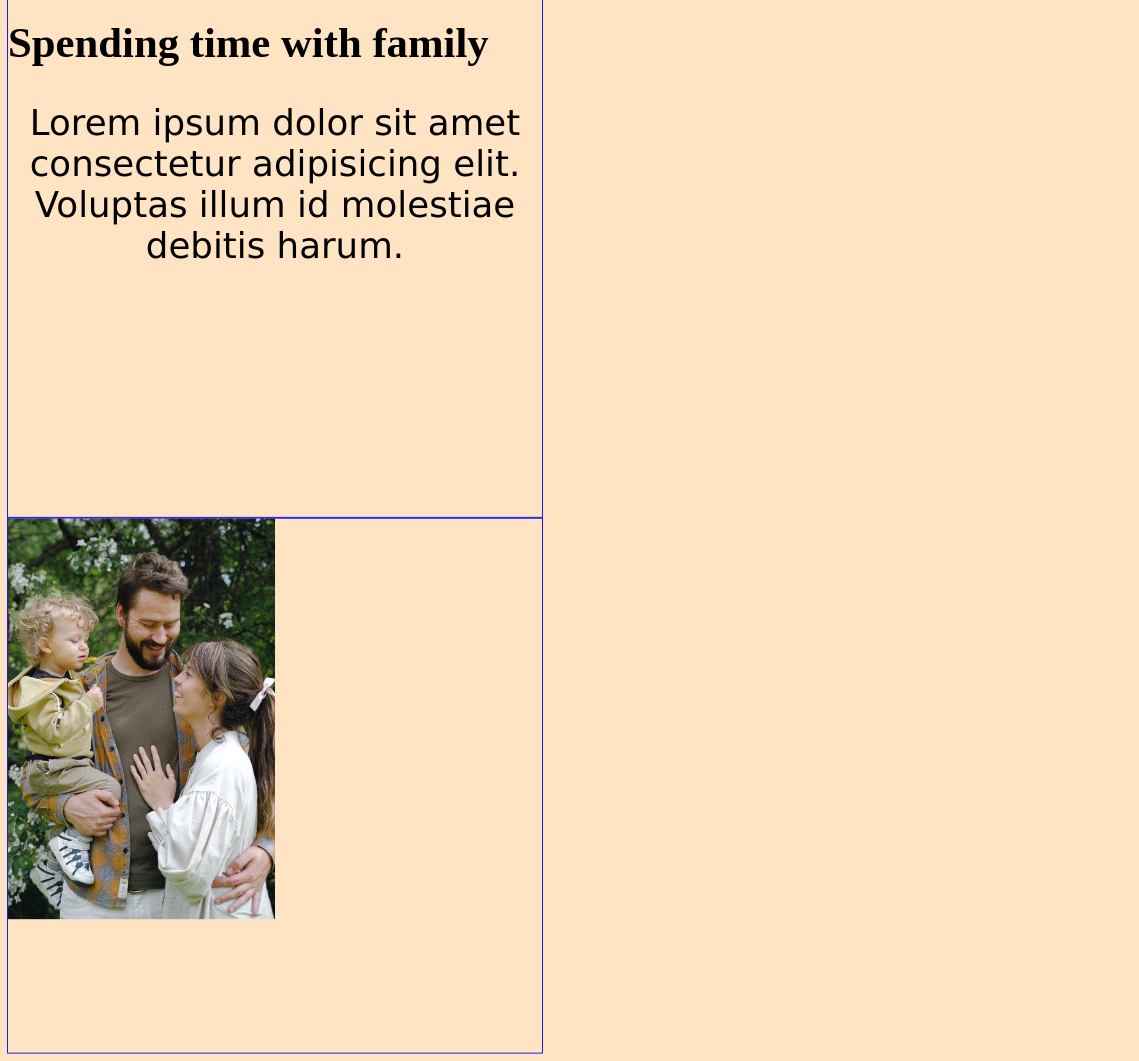
Repository: TheTroyPhillips/Personal-website
Page: about.html
These files come from the project's save history. The page is drawn as it stood at one moment and after a run of saves; the edit follows.
The browser window is 1280 px wide. The pictures show the part of the page from y = 1120 to 2312 px (the page is 2312 px tall before and 1850 px after), at 89% of full size.
A picture or video elsewhere on the page could not be fetched, so the positions and the page height are approximate.

Above is the page before, as saved 2023-09-10 23:08:13.

After the next 3 saves:
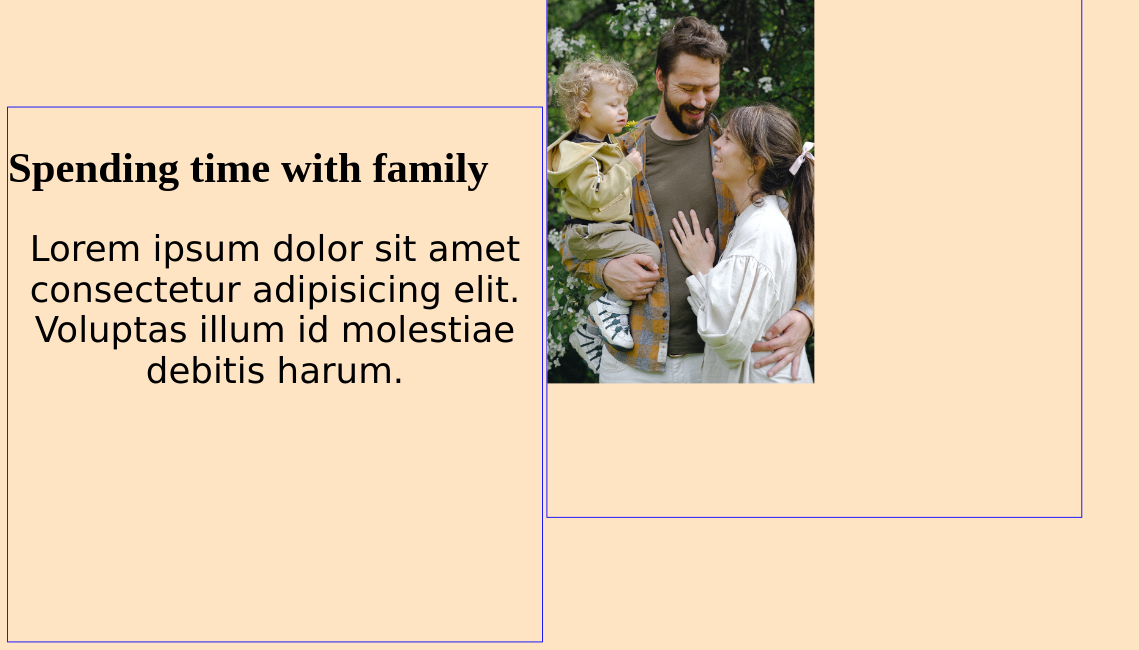
The 3 saves are shown as one change because they came seconds apart.
The last was saved 8 s later.
--- a/style.css
+++ b/style.css
@@ -71,7 +71,7 @@ img{
     width: 600px;
     height: 600px;
     border: 1px solid blue;
-
+    display: inline-block;
 }
 .parent{
     margin-top: 10px;
